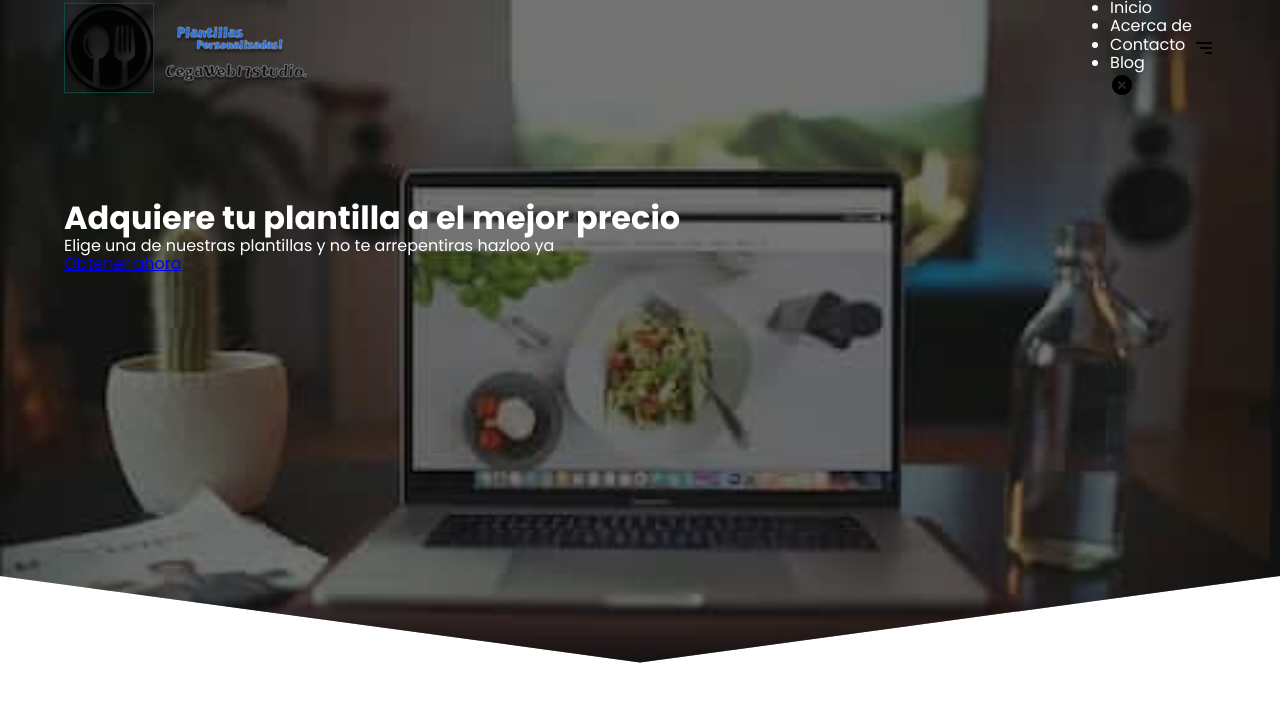
Repository: cega17/una-pagina-web
Page: index.html
These files come from the project's save history. The page is drawn as it stood at one moment and after the next save; the edit follows.
The browser window is 1280 px wide. The pictures show the whole page.

Above is the page before, as saved 2023-10-28 19:34:37.

After the next save:
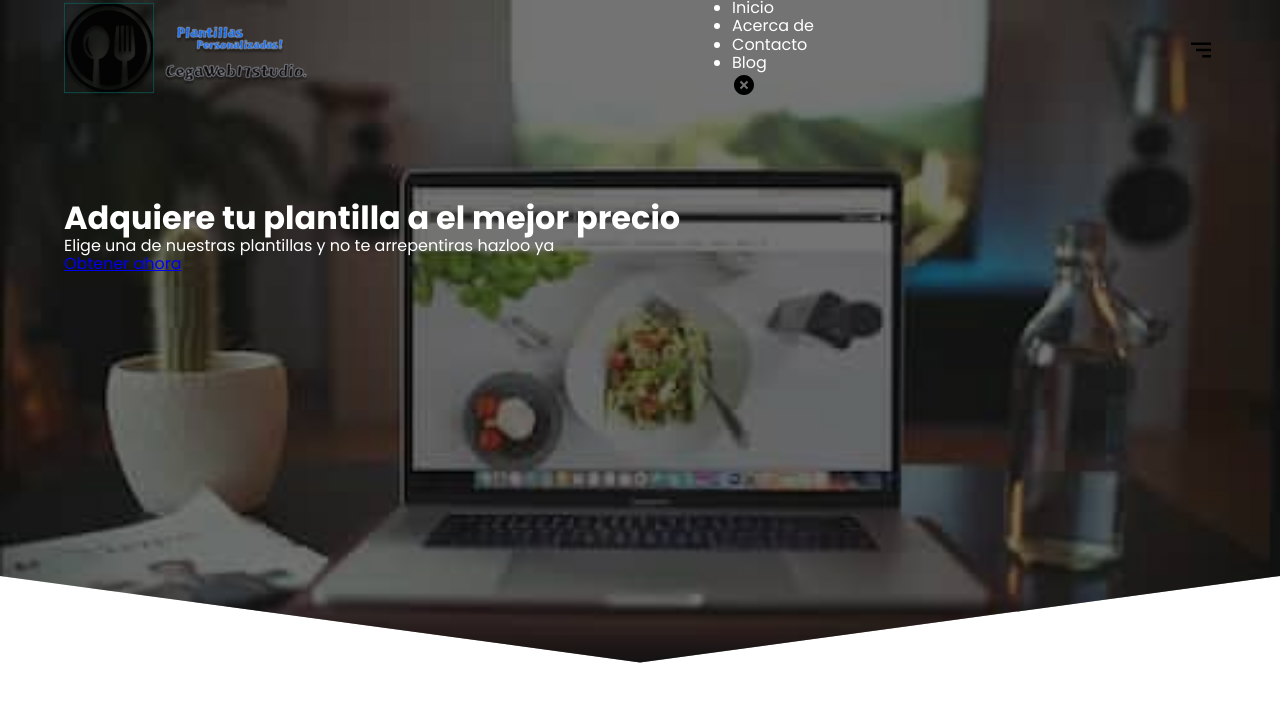
Saved 2 min 53 s later.
--- a/css/styles.css
+++ b/css/styles.css
@@ -56,3 +56,10 @@ body {
 .nav__link{
     margin-left: auto;
 }
+.nav__menu{
+    margin-left: auto;
+}
+.nav__img{
+    display: block;
+    width: 30px;
+}
